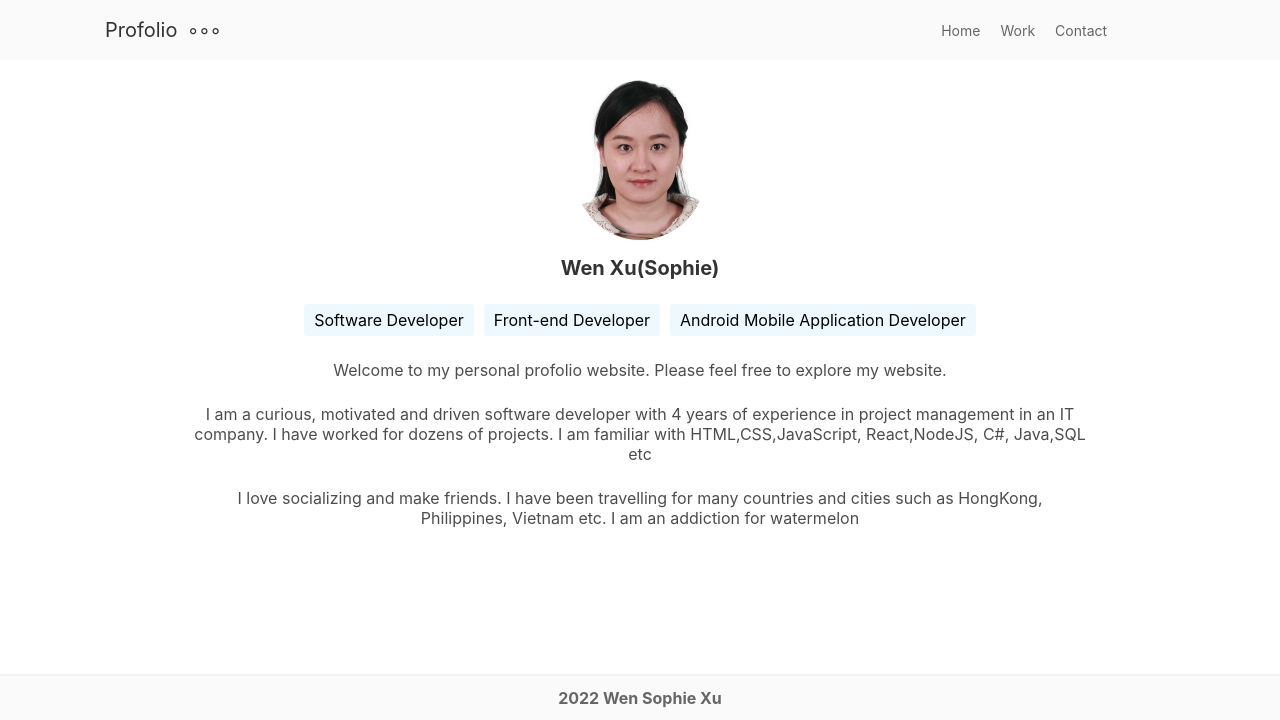
Repository: wenxi0504/myResume_app
Page: /
The author's editor kept a copy of each file at every save. The page is drawn from the files as they stood at one save, then again after the next save.
The browser window is 1280 px wide. The pictures show the whole page.
The project was rebuilt for these pictures with package versions that can differ from the ones it lists, and the page was loaded fresh each time. Also part of the build but not shown: src/pages/WorkPage/index.js, src/pages/WorkPageDetail/index.js, src/pages/Contact/index.js.

Above is the page before, as saved 2022-01-03 15:56:03.

After the next save:
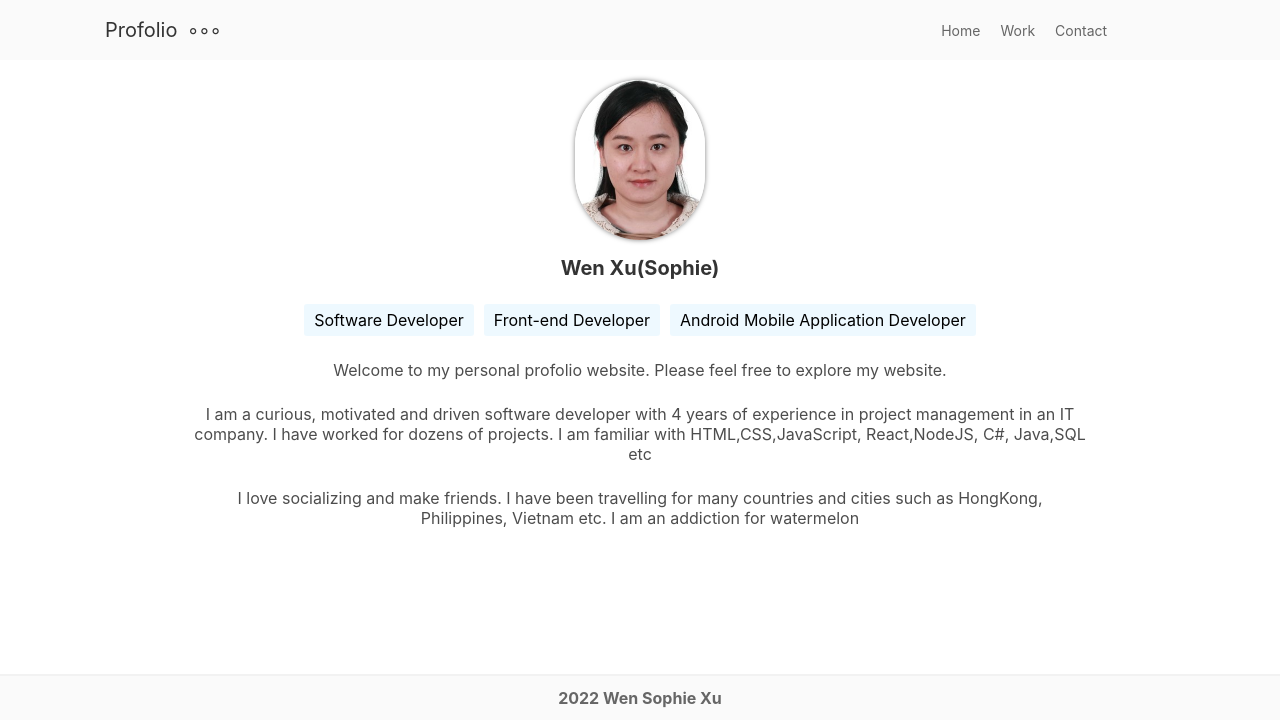
Saved 9 min 35 s later.
--- a/src/pages/HomePage/home.module.scss
+++ b/src/pages/HomePage/home.module.scss
@@ -14,6 +14,7 @@
               height: 160px;
               border-radius: 120px;
               margin-top: 20px;
+              box-shadow:0px 0px 5px 0px rgba(0, 0, 0, 0.5)
            }
            ul{
             display: flex;

After the save that followed:
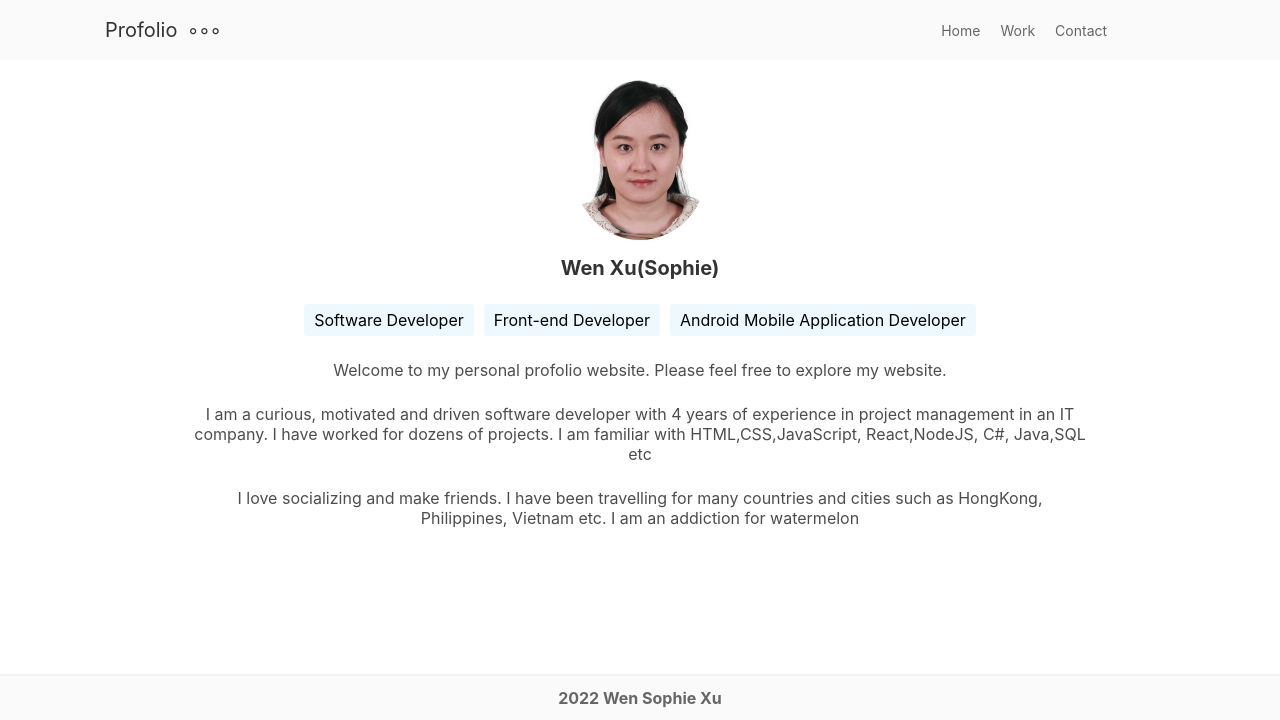
Saved 74 s later.
--- a/src/pages/HomePage/home.module.scss
+++ b/src/pages/HomePage/home.module.scss
@@ -14,7 +14,7 @@
               height: 160px;
               border-radius: 120px;
               margin-top: 20px;
-              box-shadow:0px 0px 5px 0px rgba(0, 0, 0, 0.5)
+              box-shadow:0px 0px 0px 0px rgb(253, 251, 251)
            }
            ul{
             display: flex;
